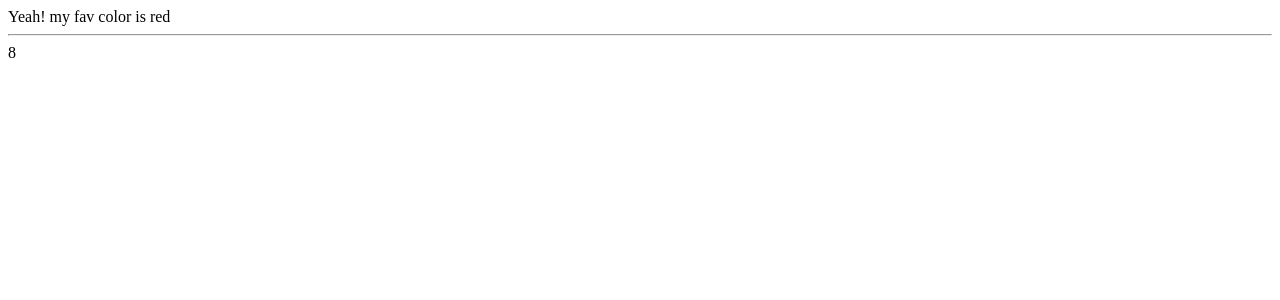
Repository: hsumyatm7308/PHP
Page: http://localhost/l38trycatch.php
The author's editor kept a copy of each file at every save. The page is drawn from the files as they stood at one save, then again after the next save.
The browser window is 1280 px wide. The pictures show the whole page.
The page is run by PHP 8.4 with error messages shown; the project is at /var/www/html/.

Above is the page before, as saved 2023-05-12 17:33:42.

### part1/l38trycatch.php
<?php


function mycolor($col){
   if($col !== "red"){
    throw new Exception("I hate $col color");
   }

   return "Yeah! my fav color is $col";
}

echo mycolor("red");

echo "<hr>";

function mynum($base,$power){

    if($power > 3){
        throw new Exception("We not allow over $power");
    }

    $result = pow($base,$power);

    return $result;
}

echo mynum(2,3);


?>

After the next save:
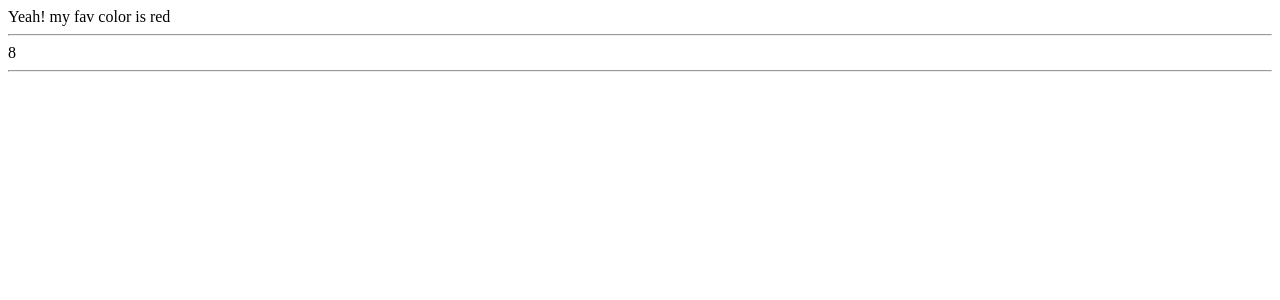
Saved 4 s later.
--- a/part1/l38trycatch.php
+++ b/part1/l38trycatch.php
@@ -25,6 +25,7 @@ function mynum($base,$power){
 }
 
 echo mynum(2,3);
+echo "<hr>";
 
 
 ?>
